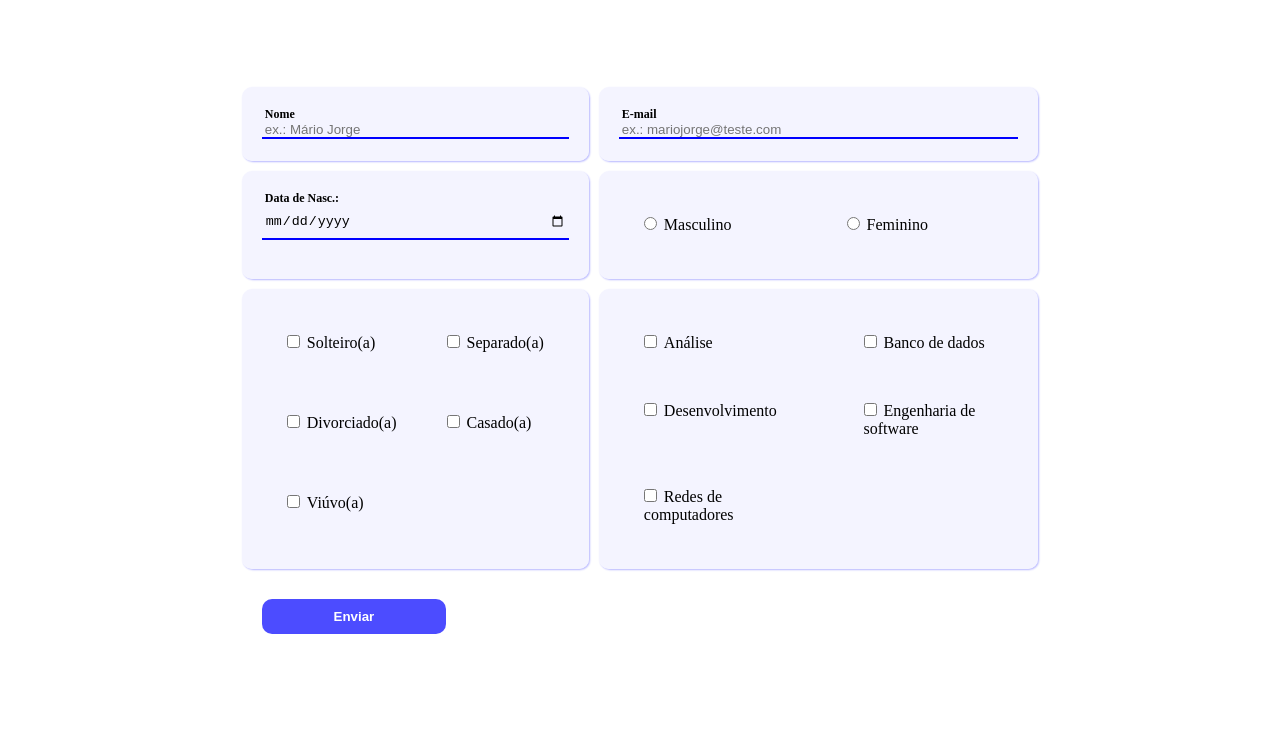
Repository: mjRibeiroTriscal/UVA_Projects
Page: Proj_A1_AVA2_2020_1/index.html
These files come from the project's save history. The page is drawn as it stood at one moment and after the next save; the edit follows.
The browser window is 1280 px wide. The pictures show the whole page.

Above is the page before, as saved 2020-03-13 14:24:08.

After the next save:
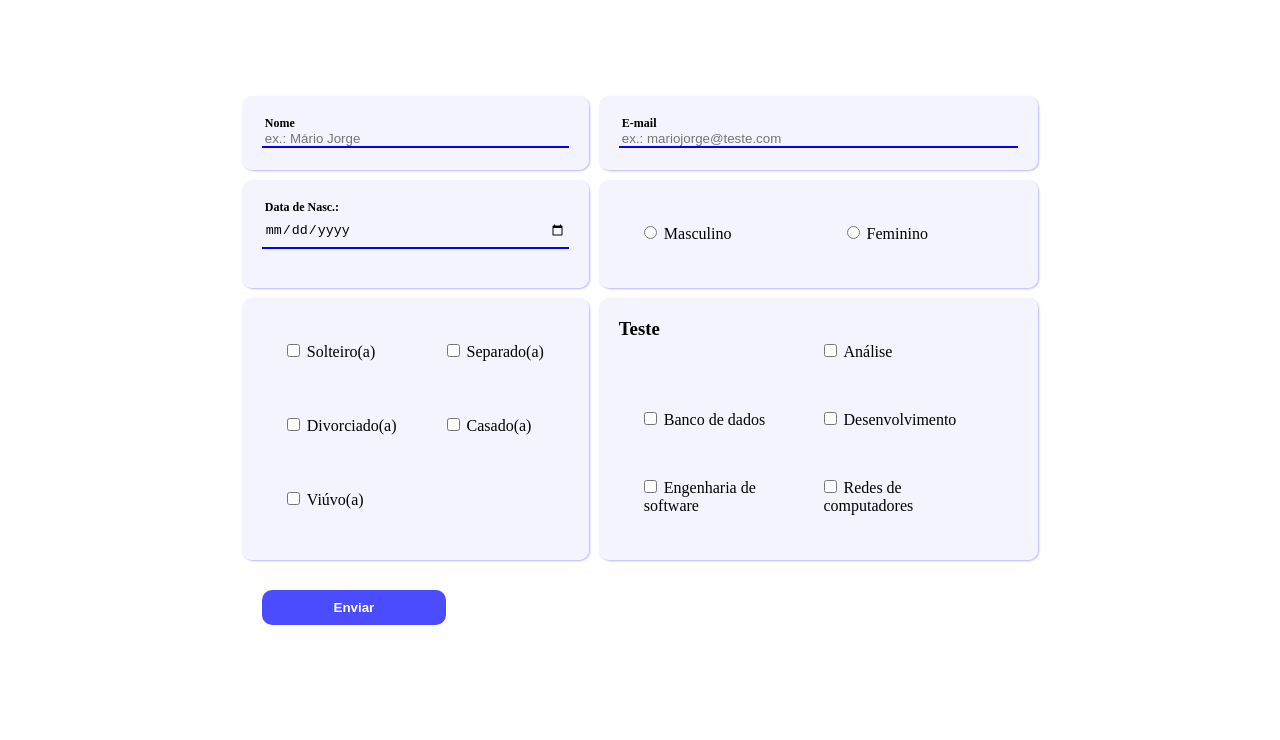
Saved 42 s later.
--- a/Proj_A1_AVA2_2020_1/index.html
+++ b/Proj_A1_AVA2_2020_1/index.html
@@ -74,6 +74,7 @@
                 </div>
 
                 <div class="gridItem gridContainer blockContainer">
+                    <h3>Teste</h3>
                     <div class="gridItem">
                         <input id="analise" type="checkbox" name="analise" />
                         <label for="analise">Análise</label>

After the save that followed:
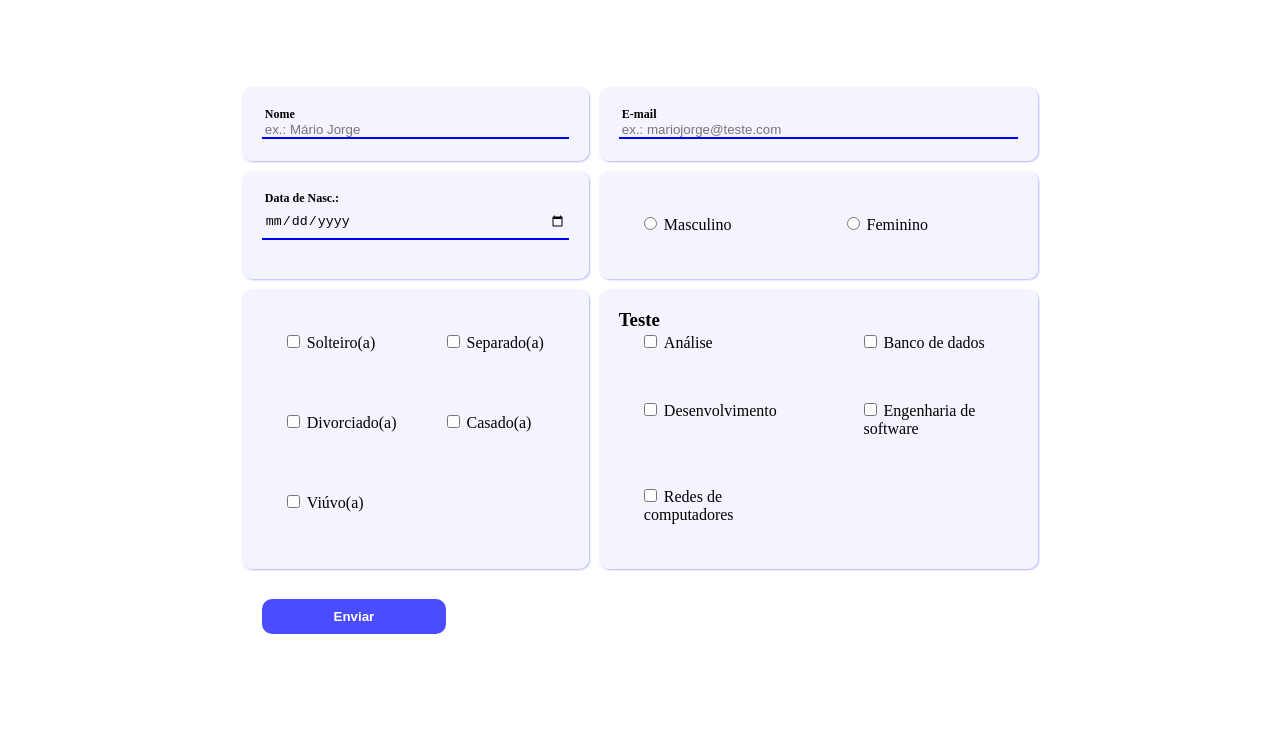
Saved 13 s later.
--- a/Proj_A1_AVA2_2020_1/index.html
+++ b/Proj_A1_AVA2_2020_1/index.html
@@ -74,7 +74,7 @@
                 </div>
 
                 <div class="gridItem gridContainer blockContainer">
-                    <h3>Teste</h3>
+                    <h3 style="position: absolute;">Teste</h3>
                     <div class="gridItem">
                         <input id="analise" type="checkbox" name="analise" />
                         <label for="analise">Análise</label>
